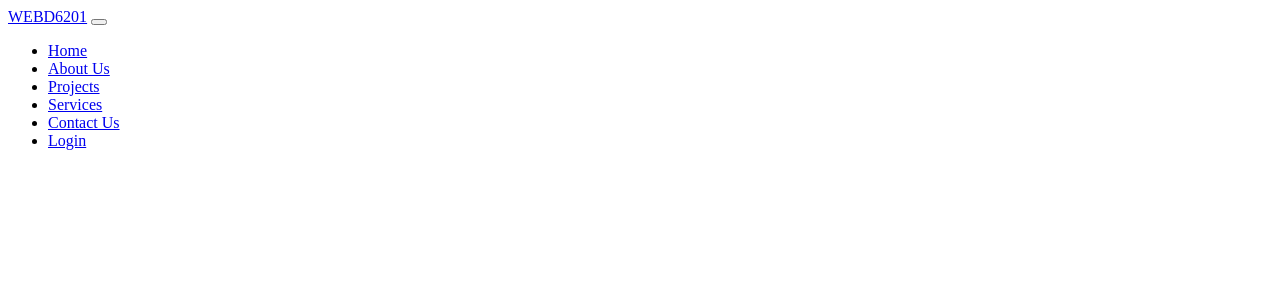
Repository: vans12345678/WEBD6201-W2021-Week7b
Page: views/content/register.html
These files come from the project's save history. The page is drawn as it stood at one moment and after the next save; the edit follows.
The browser window is 1280 px wide. The pictures show the whole page.

Above is the page before, as saved 2021-03-03 09:01:52.

After the next save:
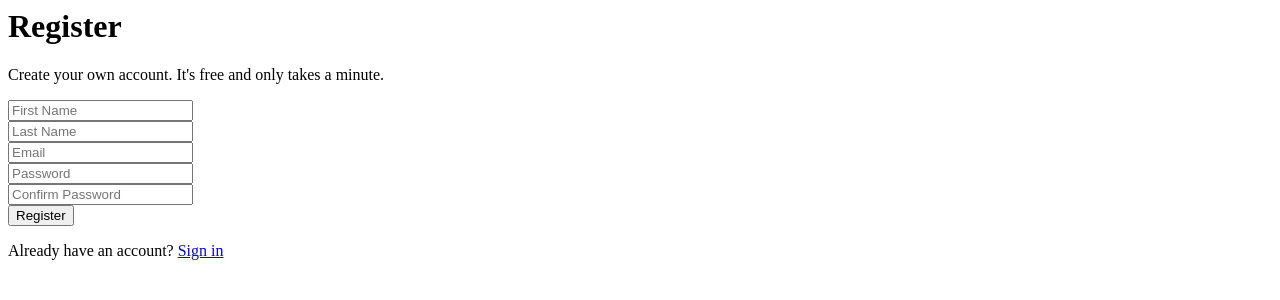
Saved 37 s later.
--- a/views/content/register.html
+++ b/views/content/register.html
@@ -1,35 +1,63 @@
-<nav class="navbar navbar-expand-lg navbar-dark bg-dark">
-    <div class="container-fluid">
-      <a class="navbar-brand" href="index.html">WEBD6201</a>
-      <button class="navbar-toggler" type="button" data-bs-toggle="collapse" data-bs-target="#navbarSupportedContent" aria-controls="navbarSupportedContent" aria-expanded="false" aria-label="Toggle navigation">
-        <span class="navbar-toggler-icon"></span>
-      </button>
-      <div class="collapse navbar-collapse" id="navbarSupportedContent">
-        <ul class="navbar-nav me-auto mb-2 mb-lg-0">
-          <li class="nav-item">
-            <a class="nav-link" aria-current="page" href="index.html"><i class="fas fa-home fa-lg"></i> Home</a>
-          </li>
+<div class="row">
+  <div class="offset-md-3 col-md-6 col-sm-12">
+        <div class="login" id="contentArea">
+            <h1 class="display-4">Register</h1>
+            <div id="messageArea"></div>
 
-          <li class="nav-item">
-            <a class="nav-link" aria-current="page" href="about.html"><i class="fas fa-info fa-lg"></i> About Us</a>
-          </li>
+            <form id="registerForm" novalidate>
+              <p class="hint-text">Create your own account. It's free and only takes a minute.</p>
+              <div class="form-group">
+                <div class="row">
+                  <div class="col-md-6">
+                    <input class="form-control" type="text" name="firstName" id="firstName" placeholder="First Name" required>
+                  </div>
+                  <div class="col-md-6">
+                    <input class="form-control" type="text" name="lastName" id="lastName" placeholder="Last Name" required>
+                  </div>
+                </div>
+              </div>
 
-          <li class="nav-item">
-            <a class="nav-link" aria-current="page" href="projects.html"><i class="fas fa-cog fa-lg"></i> Projects</a>
-          </li>
 
-          <li class="nav-item">
-            <a class="nav-link" aria-current="page" href="services.html"><i class="fas fa-map fa-lg"></i> Services</a>
-          </li>
+              <div class="form-group">
+                <div class="row">
+                  <div class="col-md-12">
+                    <input type="email" class="form-control" id="emailAddress" name="emailAddress" required
+                    value="" placeholder="Email">
+                  </div>
+                </div>
 
-          <li class="nav-item">
-            <a class="nav-link" aria-current="page" href="contact.html"><i class="fas fa-phone fa-lg"></i> Contact Us</a>
-          </li>
+              </div>
 
-          <li id="login" class="nav-item">
-            <a class="nav-link" aria-current="page" href="login.html"><i class="fas fa-sign-in-alt"></i> Login</a>
-          </li>
-        </ul>
-      </div>
-    </div>
-  </nav>
+              <div class="form-group">
+                <div class="row">
+                  <div class="col-md-12">
+                    <input type="password" class="form-control" id="password" name="password"  required
+                    value="" placeholder="Password">
+                  </div>
+                </div>
+
+              </div>
+
+              <div class="form-group">
+                <div class="row">
+                  <div class="col-md-12">
+                    <input type="password" class="form-control" id="confirmPassword" name="confirmPassword"  required
+                    value="" placeholder="Confirm Password">
+                  </div>
+                </div>
+
+              </div>
+
+
+              <div class="text-right">
+                <button id="submitButton" type="submit" class="btn btn-primary btn-lg">Register</button>
+              </div>
+            </form>
+
+        </div>
+        <p class="text-center text-muted small">
+          Already have an account?
+          <a href="login.html">Sign in</a>
+        </p>
+  </div>
+</div>
